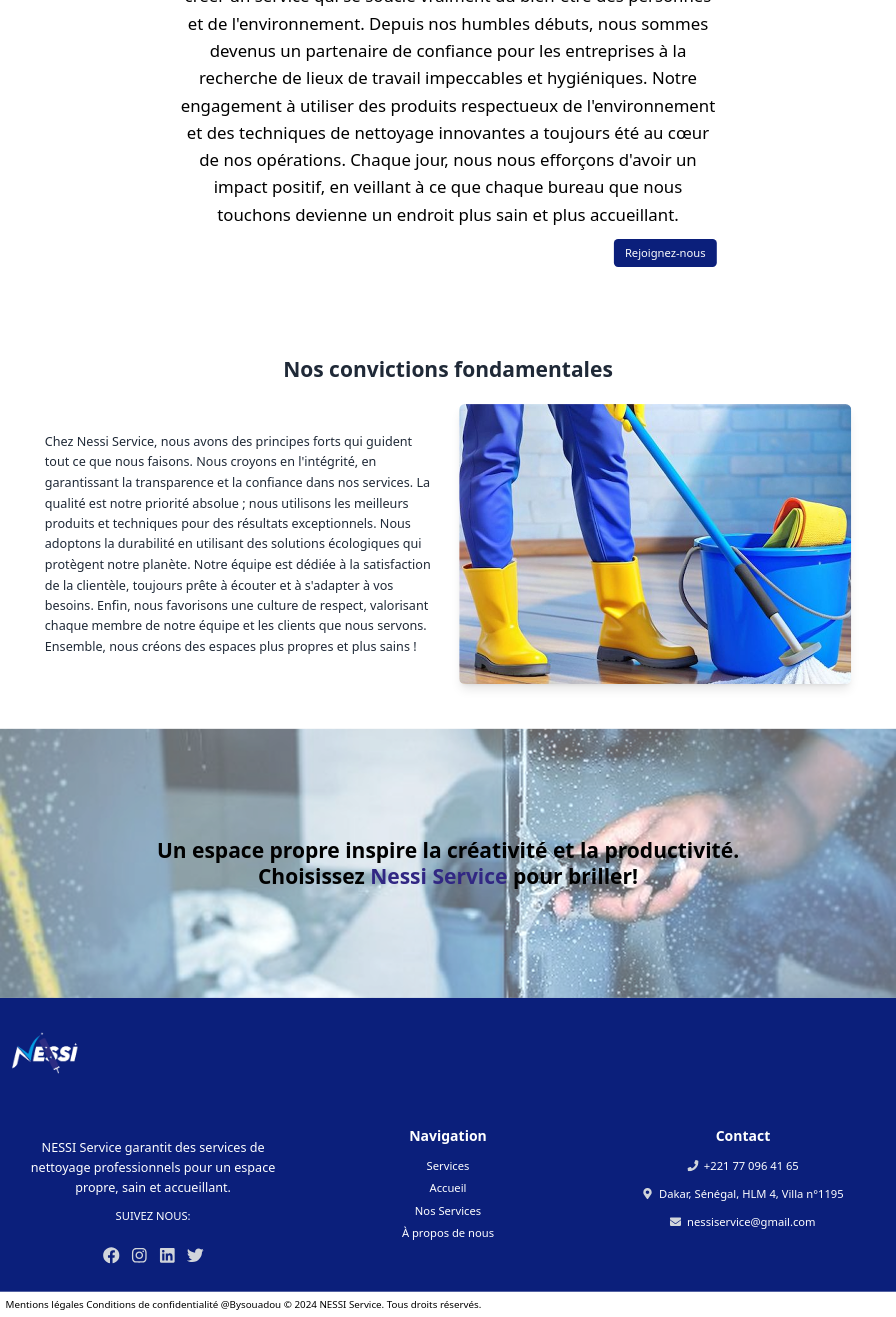
Repository: MDiouf9/Nessi
Page: /About
The author's editor kept a copy of each file at every save. The page is drawn from the files as they stood at one save, then again after the next save.
The browser window is 1280 px wide. The pictures show the part of the page from y = 1696 to 3616 px (the page is 3577 px tall before and 3616 px after), at 70% of full size.
The project was rebuilt for these pictures with package versions that can differ from the ones it lists, and the page was loaded fresh each time. Also part of the build but not shown: vite.config.js, src/Global.css, src/App.css, src/Pages/Home.jsx, src/Pages/NotFound.jsx, src/components/Countries.jsx, src/Pages/Services.jsx, src/Pages/Contact.jsx.

Above is the page before, as saved 2025-03-10 18:48:57.

After the next save:
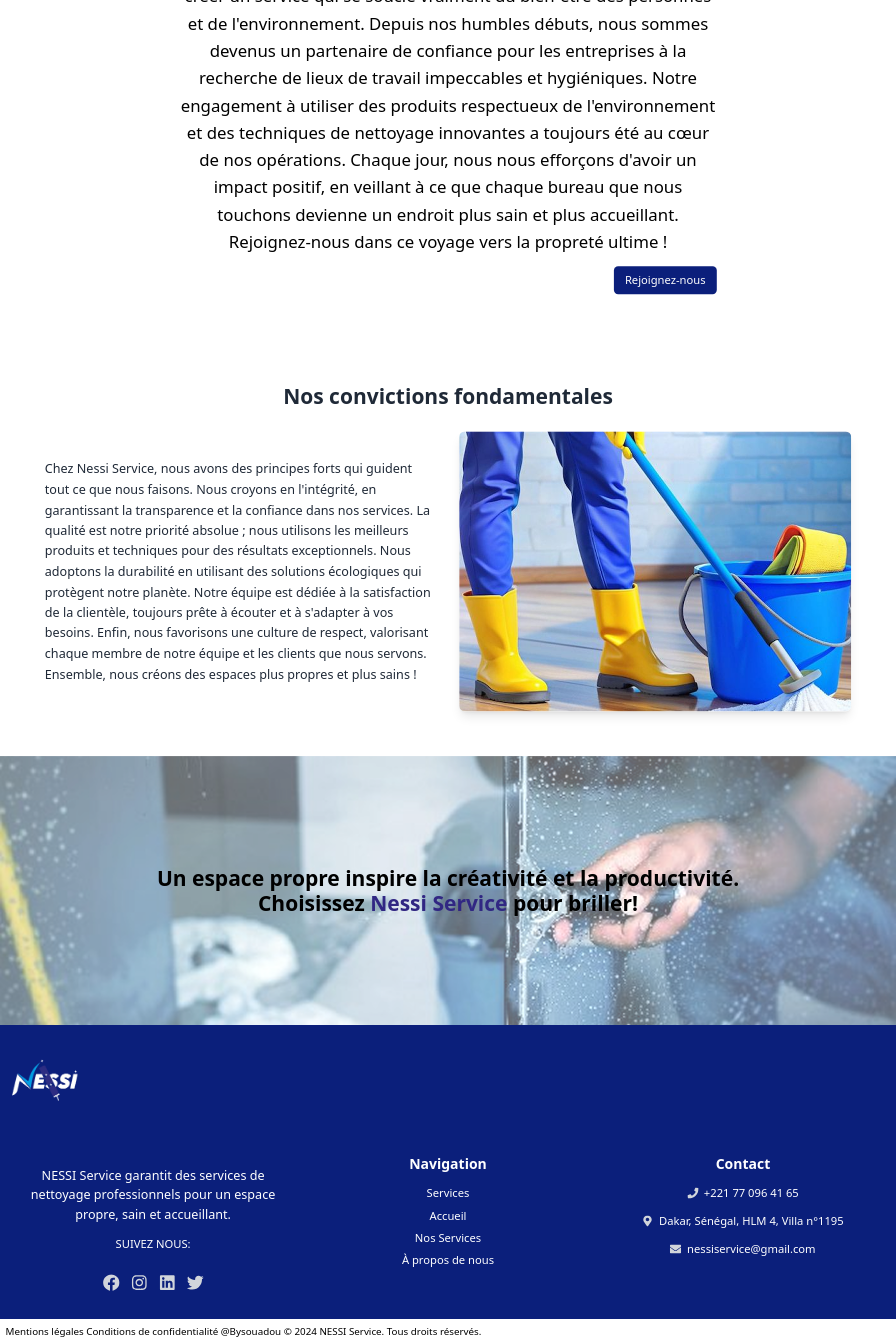
Saved 42 s later.
--- a/src/components/SectionTexte.jsx
+++ b/src/components/SectionTexte.jsx
@@ -8,11 +8,7 @@ const OurJourneySection = () => {
           {/* Texte + bouton aligné à gauche */}
           <div className="max-w-3xl mx-auto text-right">
             <p className="text-2xl text-center leading-relaxed">
-              Nessi Service a débuté avec une vision simple : élever les normes de propreté dans les espaces de travail partout dans le monde.
-              Fondée par une équipe de passionnés du nettoyage, nous avons décidé de créer un service qui se soucie vraiment du bien-être des personnes et de l'environnement.
-              Depuis nos humbles débuts, nous sommes devenus un partenaire de confiance pour les entreprises à la recherche de lieux de travail impeccables et hygiéniques.
-              Notre engagement à utiliser des produits respectueux de l'environnement et des techniques de nettoyage innovantes a toujours été au cœur de nos opérations.
-              Chaque jour, nous nous efforçons d'avoir un impact positif, en veillant à ce que chaque bureau que nous touchons devienne un endroit plus sain et plus accueillant.
+            Nessi Service a débuté avec une vision simple : élever les normes de propreté dans les espaces de travail partout dans le monde. Fondée par une équipe de passionnés du nettoyage, nous avons décidé de créer un service qui se soucie vraiment du bien-être des personnes et de l'environnement. Depuis nos humbles débuts, nous sommes devenus un partenaire de confiance pour les entreprises à la recherche de lieux de travail impeccables et hygiéniques. Notre engagement à utiliser des produits respectueux de l'environnement et des techniques de nettoyage innovantes a toujours été au cœur de nos opérations. Chaque jour, nous nous efforçons d'avoir un impact positif, en veillant à ce que chaque bureau que nous touchons devienne un endroit plus sain et plus accueillant. Rejoignez-nous dans ce voyage vers la propreté ultime !
             </p>
 
             {/* Bouton aligné à gauche */}
